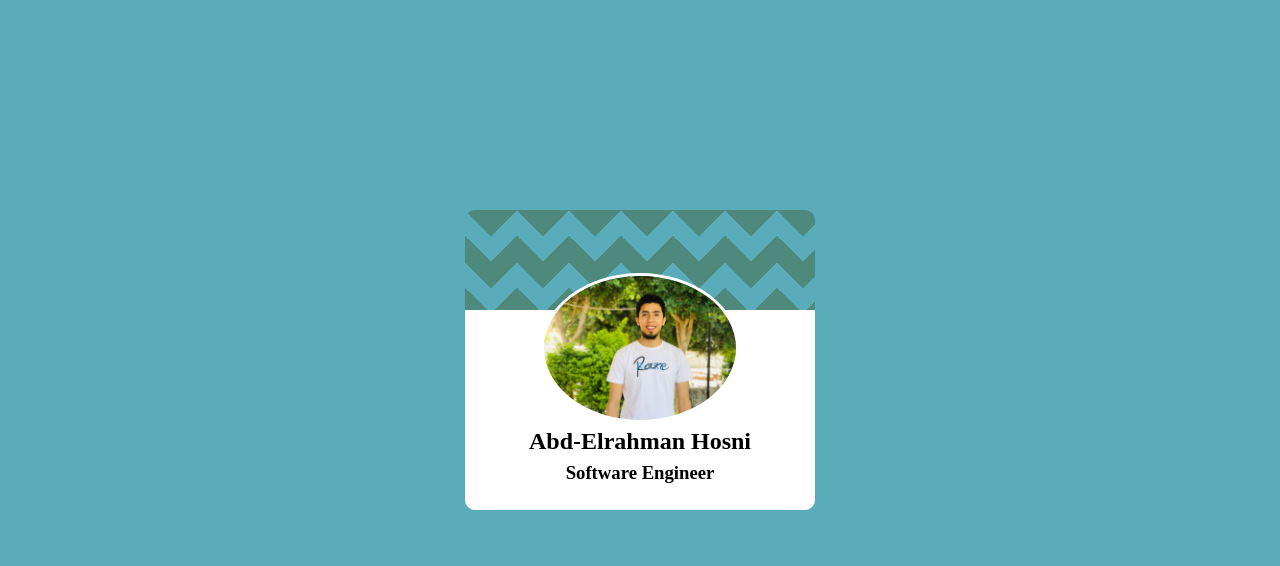
Repository: Abdo-Hosni123/Html-and-css-projects
Page: index.html
These files come from the project's save history. The page is drawn as it stood at one moment and after the next save; the edit follows.
The browser window is 1280 px wide. The pictures show the whole page.

Above is the page before, as saved 2023-12-05 22:41:08.

### index.html
<!DOCTYPE html>
<html lang="en">
<head>
    <meta charset="UTF-8">
    <meta name="viewport" content="width=device-width, initial-scale=1.0">
    <title>Abd-Elrahman Honsi's profile component</title>
    <link rel="stylesheet" href="Style.css">
</head>
<body>
    <div class="container">
        <article class="card">
            <div class="top"></div>
            <div class="middle">
                <img src="./assets/mypicture.jpg" alt="picture of Abdelrahman Hosni" class="card-img">
                <h1 class="middle-title">Abd-Elrahman Hosni</h1>
                <h3 class="middle-des">Software Engineer</h3>
            </div>
            <div class="bottom"></div>
        </article>

    </div>
</body>
</html>

### Style.css

*, *::before, *::after {
box-sizing: border-box;
}
* {
margin: 0;
}
body {
line-height: 1.5;
-webkit-font-smoothing: antialiased;
}

img, picture, video, canvas, svg {
display: block;
max-width: 100%;
}

input, button, textarea, select {
font: inherit;
}

p, h1, h2, h3, h4, h5, h6 {
overflow-wrap: break-word;
}

#root, #__next {
isolation: isolate;
}
.container{
    display: flex;
    align-items: center;
    justify-content: center;
    min-height: 100vh;
    background-color: #5bacba;

}
.card {
    display: flex;
    flex-direction: column;
    min-width: 350px;
    border-radius: 10px;
    overflow: hidden;
}
.top {
    height: 100px;
    background-color: #e5e5f7;
    opacity: 0.8;
   background-color: #5bacba;
opacity: 0.5;
background-image:  linear-gradient(135deg, #446740 25%, transparent 25%), linear-gradient(225deg, #446740 25%, transparent 25%), linear-gradient(45deg, #446740 25%, transparent 25%), linear-gradient(315deg, #446740 25%, #5bacba 25%);
background-position:  26px 0, 26px 0, 0 0, 0 0;
background-size: 52px 52px;
background-repeat: repeat;
    z-index: 1;
}
.middle{
    display: flex;
    flex-direction: column;
    justify-content: center;
    align-items: center;
    background-color: white;
    height: 200px;
}
.card-img{
    margin-top: -60px;
    border-radius: 50%;
    border: 3px solid white;
    height: 150px;
    z-index: 2;

}

After the next save:
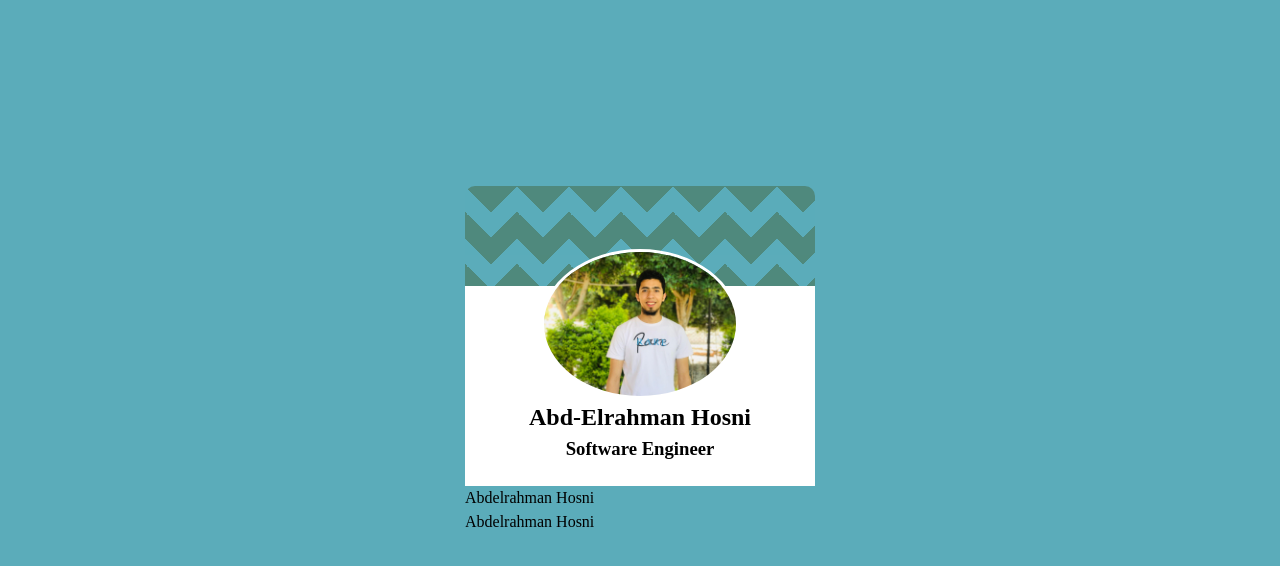
Saved 6 min 57 s later.
--- a/index.html
+++ b/index.html
@@ -15,7 +15,14 @@
                 <h1 class="middle-title">Abd-Elrahman Hosni</h1>
                 <h3 class="middle-des">Software Engineer</h3>
             </div>
-            <div class="bottom"></div>
+            <div class="bottom">
+                <div class="colum">
+                    <div class="icons"></div>
+                    <div class="username"> Abdelrahman Hosni</div>
+                </div>
+                <div class="colum"><div class="icons"></div></div>
+                <div class="colum">                    <div class="username"> Abdelrahman Hosni</div></div>
+            </div>
         </article>
 
     </div>
